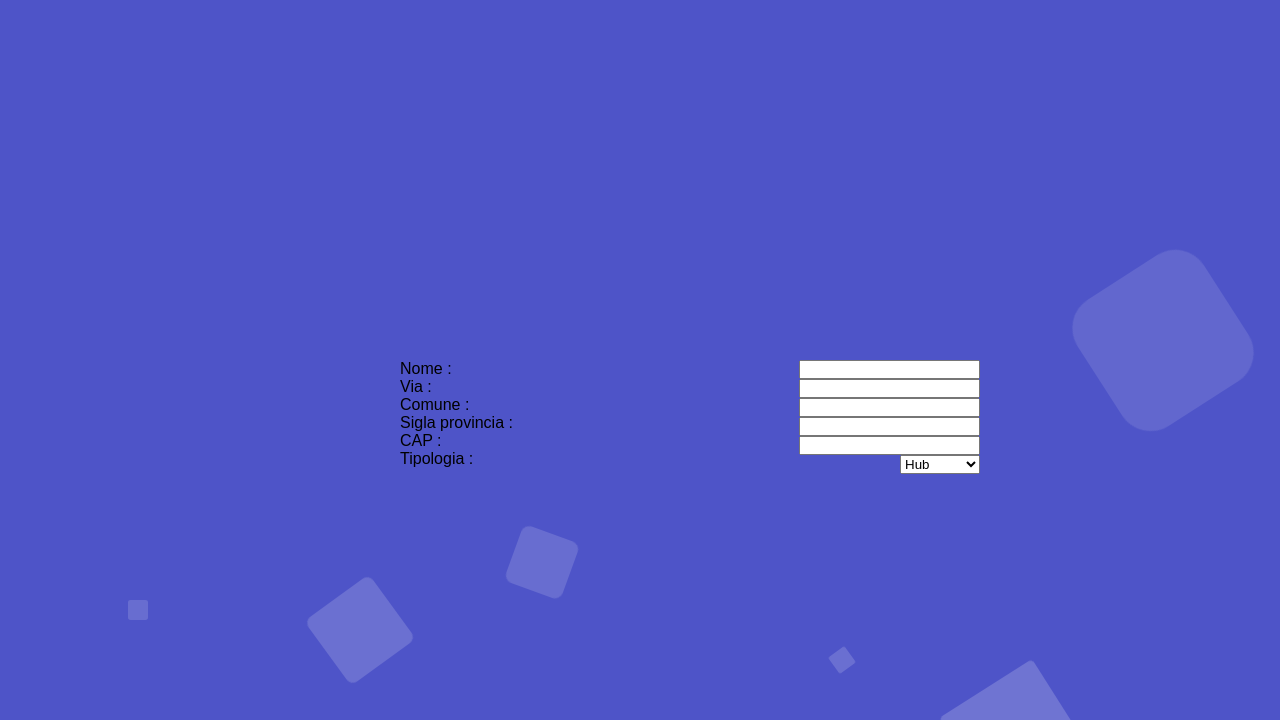
Repository: Jok98/CentriVaccinaliWebApp
Page: http://localhost/CentriVaccinaliOperatori/iscrizionecentrovax.jsp
These files come from the project's save history. The page is drawn as it stood at one moment and after the next save; the edit follows.
The browser window is 1280 px wide. The pictures show the whole page.
Some web fonts or font styles are not loaded; a fallback is used. The page is served by Tomcat 9.

Above is the page before, as saved 2022-09-24 15:51:03.

### CentriVaccinaliOperatori/src/main/webapp/iscrizionecentrovax.jsp
<%@ page language="java" contentType="text/html; charset=ISO-8859-1"
	pageEncoding="ISO-8859-1"%>
<!DOCTYPE html>
<html>
<head>
<meta charset="ISO-8859-1">
<link rel="stylesheet" href="css/form.css">
<link rel="stylesheet" href="css/background.css">
<title>Iscrizione Centri Vaccinali</title>
</head>
<body>
	<div class="area">
		<ul class="circles">
			<li></li>
			<li></li>
			<li></li>
			<li></li>
			<li></li>
			<li></li>
			<li></li>
			<li></li>
			<li></li>
			<li></li>
		</ul>
	</div>
	<div class="context" align="center" >
		<form action="" >
		<label class="label" for="nomeCenvax" >Nome : </label>
		<input class="input" type="text" id="nomecenvax" name="nomecenvax">
		<br>
		<label class="label" for="viaCenvax">Via : </label>
		<input class="input" type="text" id="viaCenvax" name="viaCenvax">
		<br>
		<label class="label" for="comuneCenvax">Comune : </label>
		<input class="input" type="text" id="viaCenvax" name="viaCenvax">
		<br>
		<label class="label" for="sigprovCenvax">Sigla provincia : </label>
		<input class="input" type="text" id="sigprovCenvax" name="sigprovCenvax">
		<br>
		<label class="label" for="capCenvax">CAP : </label>
		<input class="input" type="text" id="capCenvax" name="capCenvax">
		<br>
		<label class="label" for="tipoCenvax">Tipologia : </label>
		<select class="input" name="tipoCenvax" id="tipoCenvax">
			<option value="Hub">Hub</option>
			<option value="Azienda">Azienda</option>
			<option value="Ospedale">Ospedale</option>
		</select>

		</form>
	</div>

</body>
</html>

### CentriVaccinaliOperatori/src/main/webapp/css/form.css
@charset "ISO-8859-1";

/* bottoni */
.button {
color: rgb(255, 255, 255);
font-size: 30px; line-height: 30px;
padding: 10px;
border-radius: 12px;
font-family: Georgia, serif;
font-weight: normal;
text-decoration: none;
font-style: normal;
font-variant: normal;
text-transform: none;
background-image: radial-gradient(at center center, rgb(12, 111, 164) 0%, rgb(10, 136, 164) 100%, rgb(12, 111, 164) 100%);
box-shadow: rgba(0, 0, 0, 0) 81px -57px 0px 0px;
border: 2px solid rgb(28, 110, 164);
display: inline-block;}
.button:hover {
background: #80c3ff; }
.button:active {
background: #1ca4ff; }

.label{
	 float: left;
	 margin-left : 400px;
}

.input{

	 float: right;
	 margin-right : 300px;
}

### CentriVaccinaliOperatori/src/main/webapp/css/background.css
@charset "ISO-8859-1";
@import url('https://fonts.googleapis.com/css?family=Exo:400,700');

*{
    margin: 0px;
    padding: 0px;
}

html{
    font-family: 'Exo', sans-serif;
}


.context {
    width: 100%;
    position: absolute;
    top:50vh;

}

.context h1{
    text-align: center;
    color: #fff;
    font-size: 50px;
}


.area{
    background: #4e54c8;
    background: -webkit-linear-gradient(to left, #8f94fb, #4e54c8);
    width: 100%;
    height:100vh;


}

.circles{
    position: absolute;
    top: 0;
    left: 0;
    width: 100%;
    height: 100%;
    overflow: hidden;
}

.circles li{
    position: absolute;
    display: block;
    list-style: none;
    width: 20px;
    height: 20px;
    background: rgba(255, 255, 255, 0.2);
    animation: animate 25s linear infinite;
    bottom: -150px;

}

.circles li:nth-child(1){
    left: 25%;
    width: 80px;
    height: 80px;
    animation-delay: 0s;
}


.circles li:nth-child(2){
    left: 10%;
    width: 20px;
    height: 20px;
    animation-delay: 2s;
    animation-duration: 12s;
}

.circles li:nth-child(3){
    left: 70%;
    width: 20px;
    height: 20px;
    animation-delay: 4s;
}

.circles li:nth-child(4){
    left: 40%;
    width: 60px;
    height: 60px;
    animation-delay: 0s;
    animation-duration: 18s;
}

.circles li:nth-child(5){
    left: 65%;
    width: 20px;
    height: 20px;
    animation-delay: 0s;
}

.circles li:nth-child(6){
    left: 75%;
    width: 110px;
    height: 110px;
    animation-delay: 3s;
}

.circles li:nth-child(7){
    left: 35%;
    width: 150px;
    height: 150px;
    animation-delay: 7s;
}

.circles li:nth-child(8){
    left: 50%;
    width: 25px;
    height: 25px;
    animation-delay: 15s;
    animation-duration: 45s;
}

.circles li:nth-child(9){
    left: 20%;
    width: 15px;
    height: 15px;
    animation-delay: 2s;
    animation-duration: 35s;
}

.circles li:nth-child(10){
    left: 85%;
    width: 150px;
    height: 150px;
    animation-delay: 0s;
    animation-duration: 11s;
}



@keyframes animate {

    0%{
        transform: translateY(0) rotate(0deg);
        opacity: 1;
        border-radius: 0;
    }

    100%{
        transform: translateY(-1000px) rotate(720deg);
        opacity: 0;
        border-radius: 50%;
    }

}

After the next save:
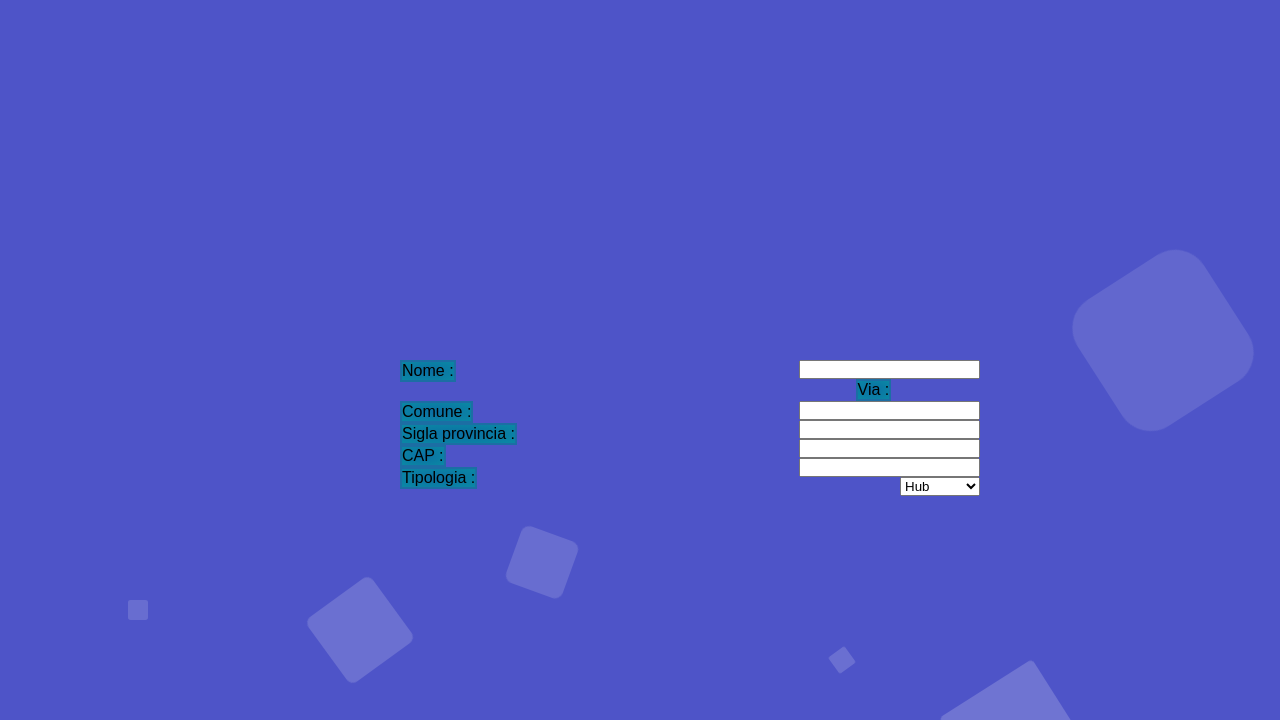
Saved 49 s later.
--- a/CentriVaccinaliOperatori/src/main/webapp/css/form.css
+++ b/CentriVaccinaliOperatori/src/main/webapp/css/form.css
@@ -24,6 +24,9 @@
 .label{
 	 float: left;
 	 margin-left : 400px;
+	 background-image: radial-gradient(at center center, rgb(12, 111, 164) 0%, rgb(10, 136, 164) 100%, rgb(12, 111, 164) 100%);
+	box-shadow: rgba(0, 0, 0, 0) 81px -57px 0px 0px;
+	border: 2px solid rgb(28, 110, 164);
 }
 
 .input{

After the save that followed:
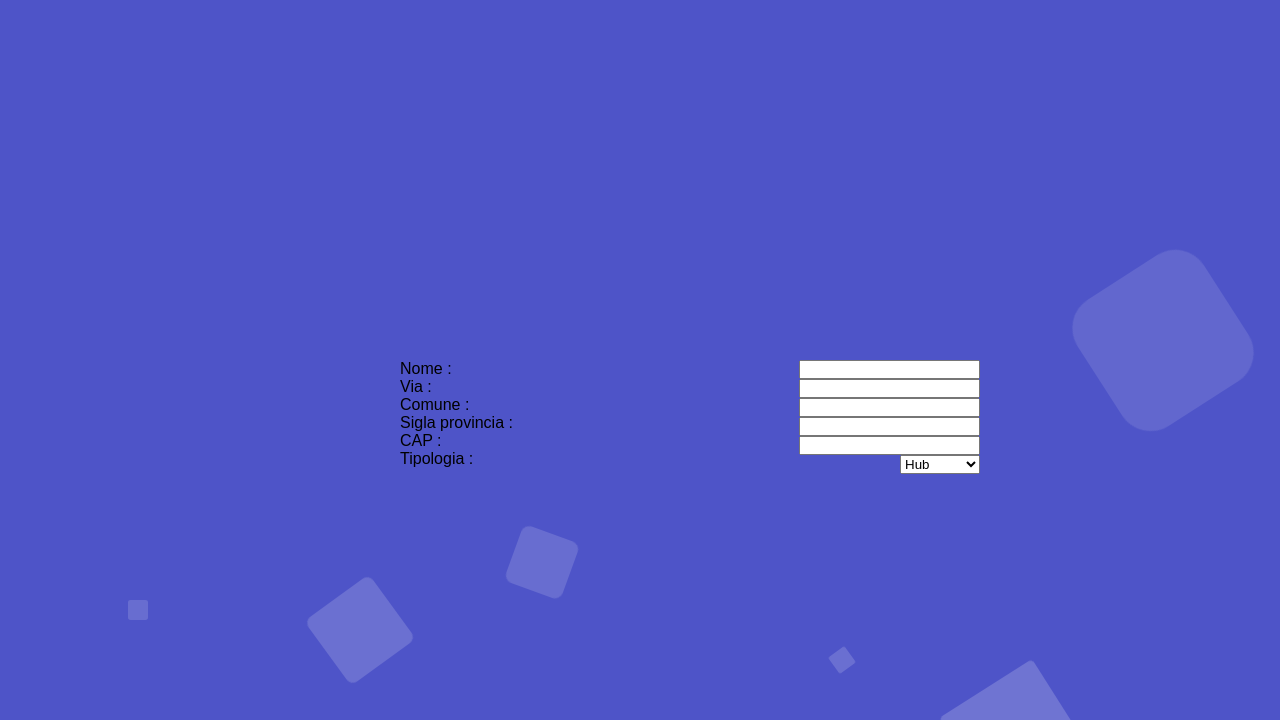
Saved 31 s later.
--- a/CentriVaccinaliOperatori/src/main/webapp/iscrizionecentrovax.jsp
+++ b/CentriVaccinaliOperatori/src/main/webapp/iscrizionecentrovax.jsp
@@ -25,7 +25,7 @@
 	</div>
 	<div class="context" align="center" >
 		<form action="" >
-		<label class="label" for="nomeCenvax" >Nome : </label>
+		<label class="label" class="button" for="nomeCenvax" >Nome : </label>
 		<input class="input" type="text" id="nomecenvax" name="nomecenvax">
 		<br>
 		<label class="label" for="viaCenvax">Via : </label>
--- a/CentriVaccinaliOperatori/src/main/webapp/css/form.css
+++ b/CentriVaccinaliOperatori/src/main/webapp/css/form.css
@@ -22,11 +22,9 @@
 background: #1ca4ff; }
 
 .label{
-	 float: left;
-	 margin-left : 400px;
-	 background-image: radial-gradient(at center center, rgb(12, 111, 164) 0%, rgb(10, 136, 164) 100%, rgb(12, 111, 164) 100%);
-	box-shadow: rgba(0, 0, 0, 0) 81px -57px 0px 0px;
-	border: 2px solid rgb(28, 110, 164);
+	float: left;
+	margin-left : 400px;
+
 }
 
 .input{
